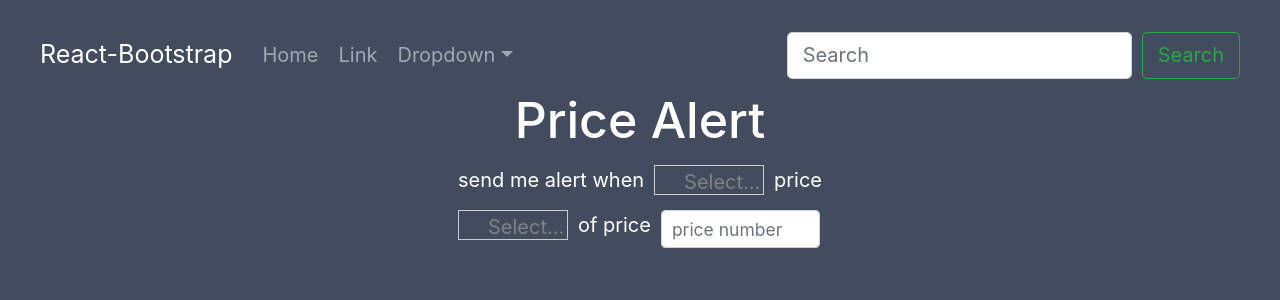
Repository: flychicken123/PriceAlertFront
Page: /
These files come from the project's save history. The page is drawn as it stood at one moment and after the next save; the edit follows.
The browser window is 1280 px wide. The pictures show the whole page.
The page's requests for data from a server got no answer. The project was rebuilt for these pictures with package versions that can differ from the ones it lists, and the page was loaded fresh each time. No one was signed in, and anything a server would have sent is missing. Also part of the build but not shown: src/App.css.

Above is the page before, as saved 2021-03-07 13:42:28.

### public/index.html
<!DOCTYPE html>
<html lang="en">
  <head>
    <meta charset="utf-8" />
    <link rel="icon" href="%PUBLIC_URL%/favicon.ico" />
    <meta name="viewport" content="width=device-width, initial-scale=1" />
    <meta name="theme-color" content="#000000" />
    <meta
      name="description"
      content="Web site created using create-react-app"
    />
    <link rel="apple-touch-icon" href="%PUBLIC_URL%/logo192.png" />
    <!--
      manifest.json provides metadata used when your web app is installed on a
      user's mobile device or desktop. See https://developers.google.com/web/fundamentals/web-app-manifest/
    -->
    <link rel="manifest" href="%PUBLIC_URL%/manifest.json" />
    <link
  rel="stylesheet"
  href="https://cdn.jsdelivr.net/npm/bootstrap@4.6.0/dist/css/bootstrap.min.css"
  integrity="sha384-B0vP5xmATw1+K9KRQjQERJvTumQW0nPEzvF6L/Z6nronJ3oUOFUFpCjEUQouq2+l"
  crossorigin="anonymous"
/>
<link rel="stylesheet" href="https://fonts.googleapis.com/css?family=Roboto:300,400,500,700&display=swap" />

    <!--
      Notice the use of %PUBLIC_URL% in the tags above.
      It will be replaced with the URL of the `public` folder during the build.
      Only files inside the `public` folder can be referenced from the HTML.

      Unlike "/favicon.ico" or "favicon.ico", "%PUBLIC_URL%/favicon.ico" will
      work correctly both with client-side routing and a non-root public URL.
      Learn how to configure a non-root public URL by running `npm run build`.
    -->
    <title>React App</title>
  </head>
  <body>
    <noscript>You need to enable JavaScript to run this app.</noscript>
    <div id="root"></div>
    <!--
      This HTML file is a template.
      If you open it directly in the browser, you will see an empty page.

      You can add webfonts, meta tags, or analytics to this file.
      The build step will place the bundled scripts into the <body> tag.

      To begin the development, run `npm start` or `yarn start`.
      To create a production bundle, use `npm run build` or `yarn build`.
    -->
  </body>
</html>

### src/App.js
import logo from './logo.svg';
import './App.css';
import { BrowserRouter as Router, Switch, Route } from 'react-router-dom';
import TopNavbar from './components/TopNavbar';
import Home from './components/Home.jsx';
const App = () => {
  return (
    <Router>
      <TopNavbar />
      <Switch>
        <Route path='/' component={Home} />
      </Switch>
    </Router>
  )
}

export default App;

### src/components/TopNavbar.jsx
import React, { Component } from 'react';
import { Button, Navbar, Nav, NavDropdown, Form, FormControl } from "react-bootstrap";
const TopNavbar = () => {
    return (
        <div>
            <Navbar bg="#282c34" variant="dark" expand="lg">
                <Navbar.Brand href="#home">React-Bootstrap</Navbar.Brand>
                <Navbar.Toggle aria-controls="basic-navbar-nav" />
                <Navbar.Collapse id="basic-navbar-nav">
                    <Nav className="mr-auto">
                        <Nav.Link href="#home">Home</Nav.Link>
                        <Nav.Link href="#link">Link</Nav.Link>
                        <NavDropdown title="Dropdown" id="basic-nav-dropdown">
                            <NavDropdown.Item href="#action/3.1">Action</NavDropdown.Item>
                            <NavDropdown.Item href="#action/3.2">Another action</NavDropdown.Item>
                            <NavDropdown.Item href="#action/3.3">Something</NavDropdown.Item>
                            <NavDropdown.Divider />
                            <NavDropdown.Item href="#action/3.4">Separated link</NavDropdown.Item>
                        </NavDropdown>
                    </Nav>
                    <Form inline>
                        <FormControl type="text" placeholder="Search" className="mr-sm-2" />
                        <Button variant="outline-success">Search</Button>
                    </Form>
                </Navbar.Collapse>
            </Navbar>
        </div>
    )
};
export default TopNavbar

### src/components/Home.jsx
import React, { useState, Component, Select, useEffect, useCallback } from 'react';
import AsyncSelect from 'react-select/async';
import { Form, Container, Col } from 'react-bootstrap';
import { Helmet } from 'react-helmet';
import '../css/Home.css';
export default function Home(props) {

    const [coinTypes, setCoinTypes] = useState([]);
    const [selectedOption, setSelectedOption] = useState(props ? props.match?.params?.template_id : null);
    const customStyles = {
        control: base => ({
            ...base,
            height: 30,
            minHeight: 25,
            maxHeight: 30,
            width: 110,
            textAlign: "50",
            fontSize: 14,
        }),
        dropdownIndicator: base => ({
            ...base,
            display: "none"
        }),
        indicatorSeparator: base => ({
            ...base,
            display: "none"
        }),
        valueContainer: base => ({
            ...base,
            bottom: 5,
            paddingLeft: 27,
        })
    };

    // const coinOptions = (f) => {
    //     return [{ name: "- select -", id: "" }, ...coinTypes].map((coinType) => {
    //         return {
    //             label: coinType.name,
    //             value: coinType.id
    //         }
    //     })
    // };
    const handleCoinChange = useCallback((coin_id) => {
        setSelectedOption(coin_id);
        console.log(coin_id.name);
    }, []);
    const fetchCoinList = () => {
        return fetch(`https://6043fea2a20ace001728e9b7.mockapi.io/api/v1/coinlist/coinlist`).then(res => res.json());
    }


    return (

        < div className='mainControl' >
            <Helmet>
                <style>{'body { background-color: #434c5f;text-align: center; padding: 20px;color: white; }'}</style>
            </Helmet>
            <Container fluid="md">

                <div style={{ display: 'flex', justifyContent: 'center', height: '50vh', backgroundColor: '#434c5f', width: '200' }}>

                    <Form>
                        <h1>Price Alert</h1>

                        <Form.Row className="row-space">

                            <Col lg="auto" >send me alert when</Col>
                            <Col md="auto">
                                <AsyncSelect
                                    cacheOptions
                                    defaultOptions
                                    onChange={handleCoinChange}
                                    value={selectedOption}
                                    loadOptions={fetchCoinList}
                                    getOptionValue={option => option.id}
                                    getOptionLabel={option => option.name}
                                    styles={customStyles}
                                    theme={theme => ({
                                        ...theme,
                                        borderRadius: 0,
                                        colors: {
                                            ...theme.colors,
                                            primary25: '#191f2b',
                                            primary: '#515c73f',
                                            neutral0: '434c5f',
                                            neutral80: 'white'

                                        },
                                    })}
                                />
                            </Col>
                            <Col xs="auto">price</Col>

                        </Form.Row>

                        <Form.Row className="row-space">
                            <Col xs="auto">
                                <AsyncSelect
                                    cacheOptions
                                    defaultOptions
                                    onChange={handleCoinChange}
                                    value={selectedOption}
                                    loadOptions={fetchCoinList}
                                    getOptionValue={option => option.id}
                                    getOptionLabel={option => option.name}
                                    styles={customStyles}
                                    theme={theme => ({
                                        ...theme,
                                        borderRadius: 0,
                                        colors: {
                                            ...theme.colors,
                                            primary25: '#191f2b',
                                            primary: '#515c73f',
                                            neutral0: '434c5f',
                                            neutral80: 'white'

                                        },
                                    })}
                                />

                            </Col>
                            <Col xs="auto">of price</Col>
                            <Col xs="auto"> <Form.Control className="smaller-input" htmlSize="8" size="sm" type="text" placeholder="price number" /></Col>
                        </Form.Row>
                    </Form>

                </div>
            </Container>
        </div >
    )
}

### src/css/Home.css
/* body {
    background-color: #282c34;
    color: white;
    padding: 40px;
    font-family: Arial;
    text-align: center;
  } */
  * {font-size: 20px;}

  .smaller-input {
    font-size: 5px;
    padding: 2px 5px;
  }
  .row-space{
    margin: 15px;
  }

Loaded but not shown: src/index.js (common file); src/index.css (common file); src/reportWebVitals.js (common file)

After the next save:
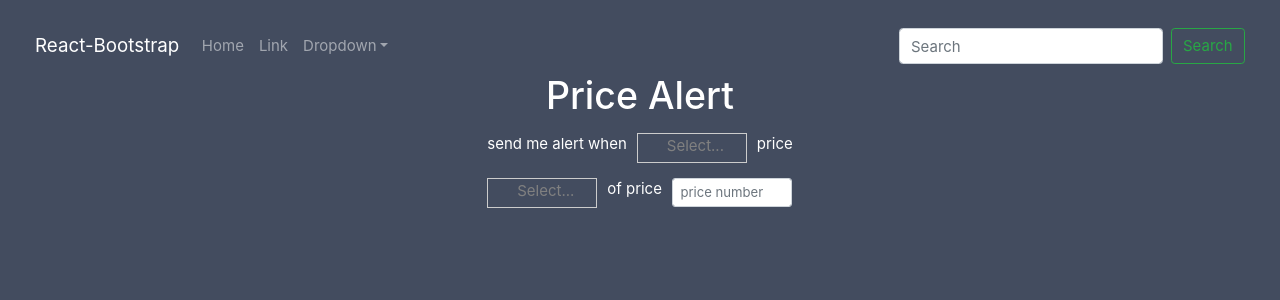
Saved 9 s later.
--- a/src/css/Home.css
+++ b/src/css/Home.css
@@ -5,7 +5,7 @@
     font-family: Arial;
     text-align: center;
   } */
-  * {font-size: 20px;}
+  * {font-size: 15px;}
 
   .smaller-input {
     font-size: 5px;
